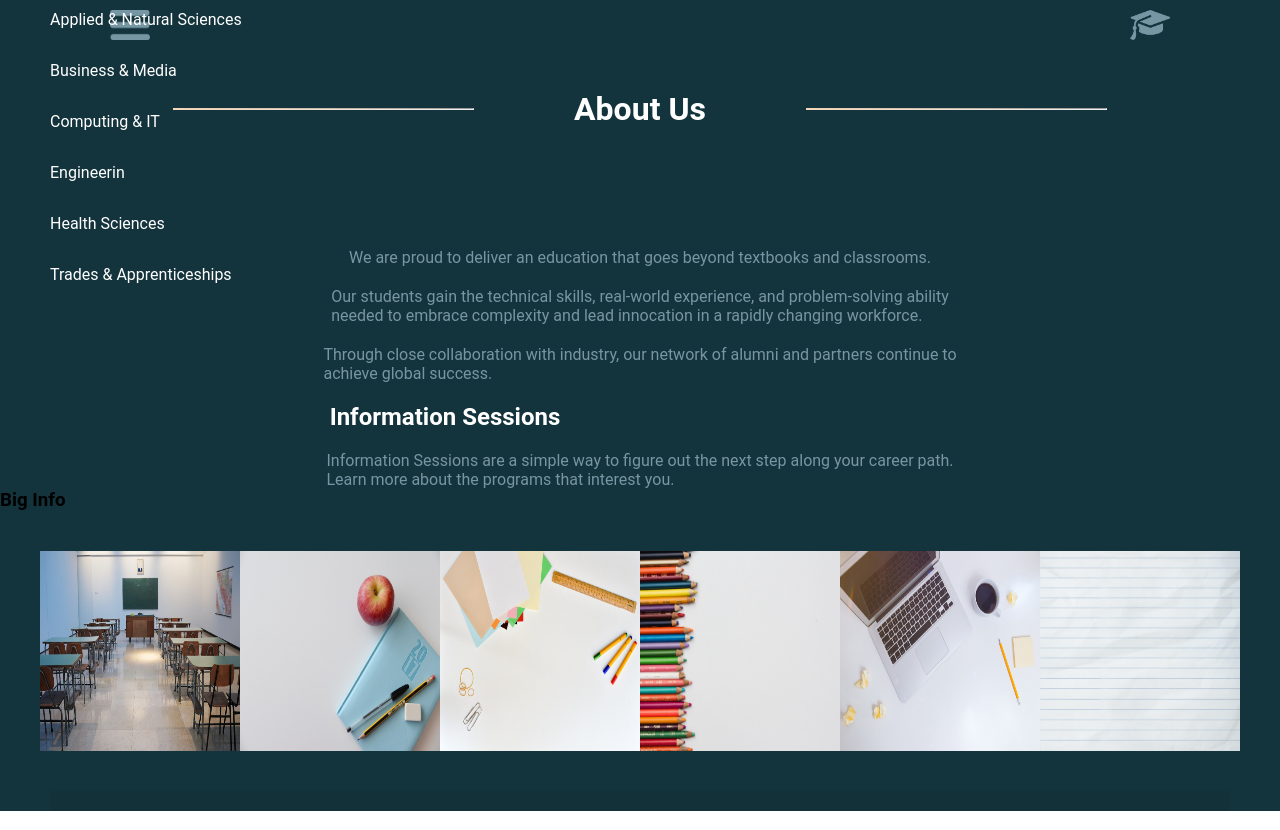
Repository: Sheraliramzan/Aly_A01253508_Assignment1
Page: /about
These files come from the project's save history. The page is drawn as it stood at one moment and after the next save; the edit follows.
The browser window is 1280 px wide. The pictures show the whole page.
The project was rebuilt for these pictures with package versions that can differ from the ones it lists, and the page was loaded fresh each time. The framework's server and built-in components were replaced by stand-ins that run in the browser. Also part of the build but not shown: next.config.js.

Above is the page before, as saved 2023-02-05 08:52:57.

### pages/about.js
import Head from 'next/head'
import Image from 'next/image'
import styles from '../styles/Home.module.css'
import dynamic from "next/dynamic";
import Nav from '../comp/nav/nav';


const About = () => {
  return (
    <>
      <Head>
        <title>About Us</title>
        <meta name="author" content="MDIA 2109" />
        <meta property="og:title" content= 'Assignment #1 - About Us Page'/>
        <meta property="og:description" content= "BCIT Digital Design and Development Diploma"/>
        <meta name="viewport" content="width=device-width, initial-scale=1" />
        <link rel="icon" href="/favicon.png" />
      </Head>
      <main className={styles.main}>
        <div className="aboutcont">
          <Nav/>
          <div>
              <div className='headcont1'>
                <hr className='hori'></hr>
                <h1 className='header'>About Us</h1>
                <hr className='hori1'></hr>
              </div>
              <div className='paracont'>
                <p className='para2'> We are proud to deliver an education that goes beyond textbooks
                  and classrooms.</p>
                <p className='para2'> Our students gain the technical skills, real-world experience,
                  and problem-solving ability <br /> needed to embrace complexity
                  and lead innocation in a rapidly changing workforce.</p>
                <p className='para2'>Through close collaboration with industry, our network of alumni
                  and partners continue to <br /> achieve global success.</p>
              </div>
                <h2 className='header2'> Information Sessions</h2>
                <p className='para3'> Information Sessions are a simple way to figure out the next
                  step along your career path. <br /> Learn more about the
                programs that interest you.</p>
                <h3>Big Info</h3>
              <p></p>
              <p></p>
              <p></p>
              <h2></h2>
              <h3></h3>
          </div>
          <div>
            <div id="carouselImage">
                <Image src={"/0.jpg"} width={200} height={200}></Image>
                <Image src={"/1.jpg"} width={200} height={200}></Image>
                <Image src={"/2.jpg"} width={200} height={200}></Image>
                <Image src={"/3.jpg"} width={200} height={200}></Image>
                <Image src={"/4.jpg"} width={200} height={200}></Image>
                <Image src={"/5.jpg"} width={200} height={200}></Image>
            </div >
                  <div id="testOnImageHere">
                    <ul >
                      <li>Applied & Natural Sciences</li>
                      <li>Business & Media</li>
                      <li>Computing & IT</li>
                      <li>Engineerin</li>
                      <li>Health Sciences</li>
                      <li>Trades & Apprenticeships</li>
                    </ul>
                  </div>
          </div>
        </div>
        <a>
            <span>
                <img></img>
                <img></img>
            </span>
        </a>
      </main>
    </>
  )
}
export default dynamic (() => Promise.resolve(About), {ssr: false})

### styles/globals.css


* {
  box-sizing: border-box;
  padding: 0;
  margin: 0;
}

html,
body {
  margin: 0;
  padding: 0;
  font-family: "Roboto", sans-serif;
  scrollbar-width: none;

}
.menuimg{
  margin-left: 100px;
}
.gardimg{
  margin-right: 100px;
}
.navcont {
  display: flex;
  align-items: center;
  justify-content: space-between;
  padding: 10px;
}
.menucont{
  position: absolute;
  top: 0rem;
  left: 4rem;
}
a{
  color: var(--primary-color);
  text-decoration: none;
}

ul {
  display: flex;
  flex-direction: column;
  position: absolute;
  top: 10px;
  left: 50px;
  gap: 2rem;
  text-decoration: none;
}

ul > li {
  list-style-type: none;
  text-decoration: none;
  color: var(--primary-color);
}
.listcont{
  position: absolute;
  display: flex;
  align-items: flex-start;
  left: 3rem;
  top: 3rem;
}

.btncont {
  display: flex;
}

.close {
  background-color: transparent;
  border: none;
  font-size: larger;
  color: var(--primary-color);
}

.fullcont{
  width: 100vw;
  height: 100vh;
  background-image: url("/background-images/backgroundMountain.jpg");
  background-size: cover;
}
.but1{
  margin: 2px;
  padding: 5px 15px;
  background: none;
  border: 1px solid var(--primary-color);
  border-radius: 5px;
  color:var(--primary-color) ;
}
.butcont{
 margin-left: 250px;
}

.but1:hover{
  background-color: var( --primary-color);
  color: var(--quinary-color);
}
.downarrow{
  position: relative;
  left: 650px;
  top:50px;
}
.headcont{
  display: flex;
  flex-direction: column;
  width: 25%;
  margin-top: 320px;
  margin-left: 250px;
}
.headhome{
  color: var(--primary-color);
  font-size: 25px;
  margin-bottom: 10px;
}
.horidiv{
  width: 60%;
  border: 1px solid var(--secondary-color);
  margin-bottom: 10px;
}
.para1{
  color: var(--primary-color);
  font-size:12px;
  width: 100%;
  opacity: 0.8;
}
.aboutcont{
  width: 100%;
  background-color: var( --quaternary-color);
  justify-content: center;
}
.hori{
  border-left: 300px solid var(--secondary-color);
  width: 100px;
  height: 1px;
  margin-right: 100px;
}
.hori1{
  border-left: 300px solid var(--secondary-color);
  width: 100px;
  height: 1px;
  margin-left: 100px;
}
.headcont1{
  text-align: center;
  margin-top: 40px;
  display: flex;
  justify-content: center;
  align-items: center;
}
.header{
  color: var(--primary-color);
}
.paracont{
  display: flex;
  flex-direction: column;
  color: var(--ternary-color);
  justify-content: center;
  align-items: center;
  margin-top: 100px;

}
.para2{
  margin-top: 20px;
}
.header2{
  display: flex;
  flex-direction: column;
  align-items: center;
  margin-right: 390px;
  margin-top: 20px;
  margin-bottom: 20px;
  color: var(--primary-color);
}
.para3{
  color: var(--ternary-color);
  display: flex;
  align-items: center;
  justify-content: center;
}
#carouselImage{
  height: 200px;
  background-repeat: no-repeat;
  background-size: cover;
  display: flex;
  justify-content: center;
  align-items: center;
  margin: 40px 0px;
}
#testOnImageHere{
  background-color: rgba(16, 46, 53, 0.5);
  padding: 10px;
  margin: 0px 50px;
}

### styles/variables.css
:root{
    --primary-color:#fff;
    --secondary-color:#f4d6b9;
    --ternary-color: #7796a4;
    --quaternary-color:#14343d;
    --quinary-color:rgba(16,46,53,0.5);
}

### styles/Home.module.css
.main {
  display: flex;
  flex-direction: column;
  justify-content: space-between;
  align-items: center;
}

### comp/nav/nav.js
import Head from 'next/head'
import Image from 'next/image'
import { useState } from 'react'
import { useRouter } from 'next/router'
import Link from 'next/link'

export default function Nav(){
    const [isMenuOpen, setIsMenuOpen] = useState(false);
  const handleClick = () => {
    setIsMenuOpen(!isMenuOpen);
  };
  const router = useRouter();
    return (
    <>
        <div className="navcont">
              <Image alt='menu' className='menuimg'
                src={"/icons/menu-icon.png"}
                width={40}
                height={30}
                onClick={handleClick}
              />
              <Image alt='grad' className='gardimg' src={"/icons/graduation-hat.png"} width={40} height={30} />
          </div>
          {isMenuOpen && (
            <div className="menucont">
              <div className="listcont">
                <div className="btncont">
                  <button className="close" onClick={handleClick}>
                    X
                  </button>
                </div>
                <div>
                  <ul>
                    <li>
                      <a href="#">Home</a>
                    </li>
                    <li>
                      <a href="/about">About</a>
                    </li>
                    <li>
                      <a href="/contact">Contact</a>
                    </li>
                  </ul>
                </div>
              </div>
              <Image alt='bar'
                src={"/background-images/menuBackground.png"}
                width={240}
                height={240}
              />
            </div>
          )}
    </>
    )
}

Loaded but not shown: pages/_app.js (common file); pages/_document.js (common file)

After the next save:
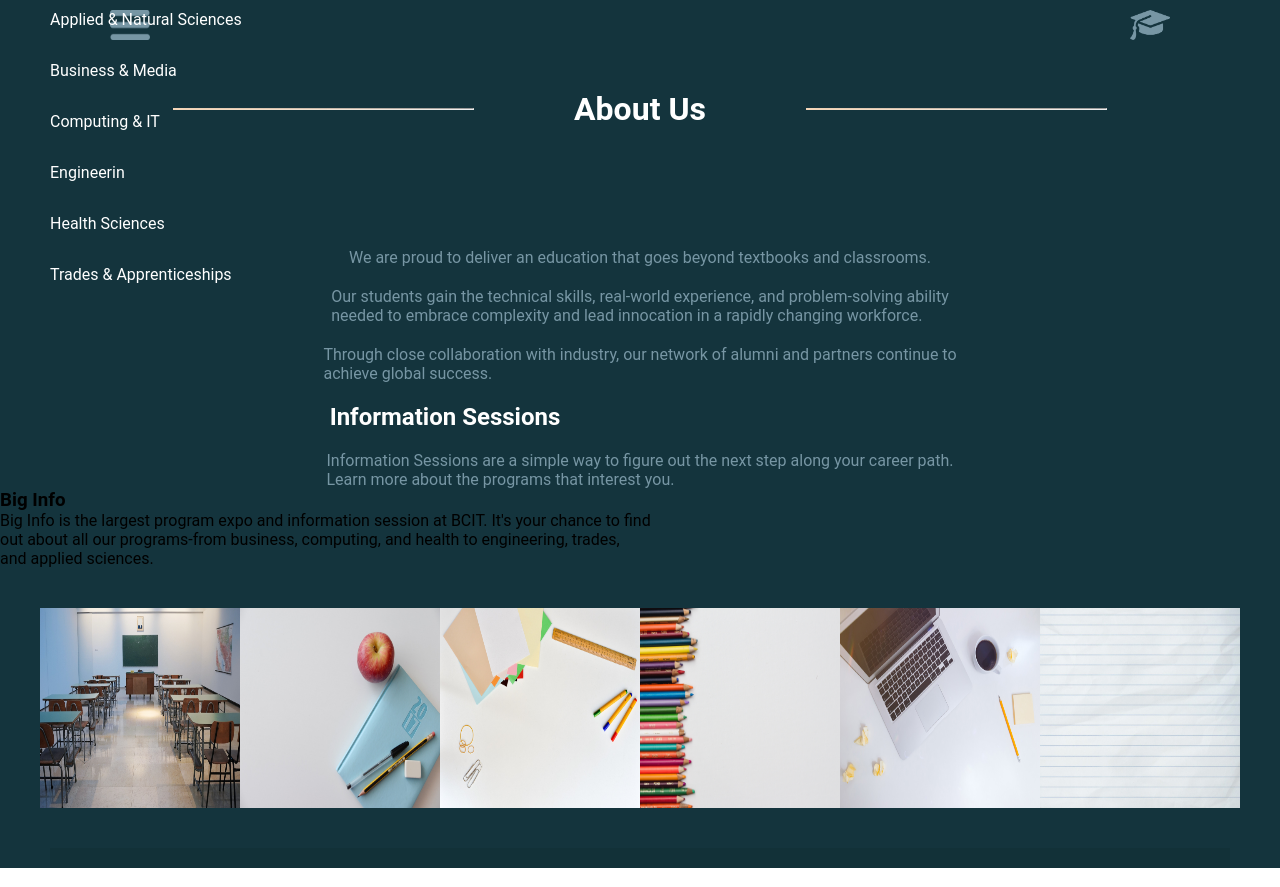
Saved 21 s later.
--- a/pages/about.js
+++ b/pages/about.js
@@ -39,7 +39,11 @@ const About = () => {
                   step along your career path. <br /> Learn more about the
                 programs that interest you.</p>
                 <h3>Big Info</h3>
-              <p></p>
+              <p> Big Info is the largest program expo and information session at
+                BCIT. It's your chance to find <br /> out about all our
+                programs-from business, computing, and health to engineering,
+                trades,
+                <br /> and applied sciences.</p>
               <p></p>
               <p></p>
               <h2></h2>
